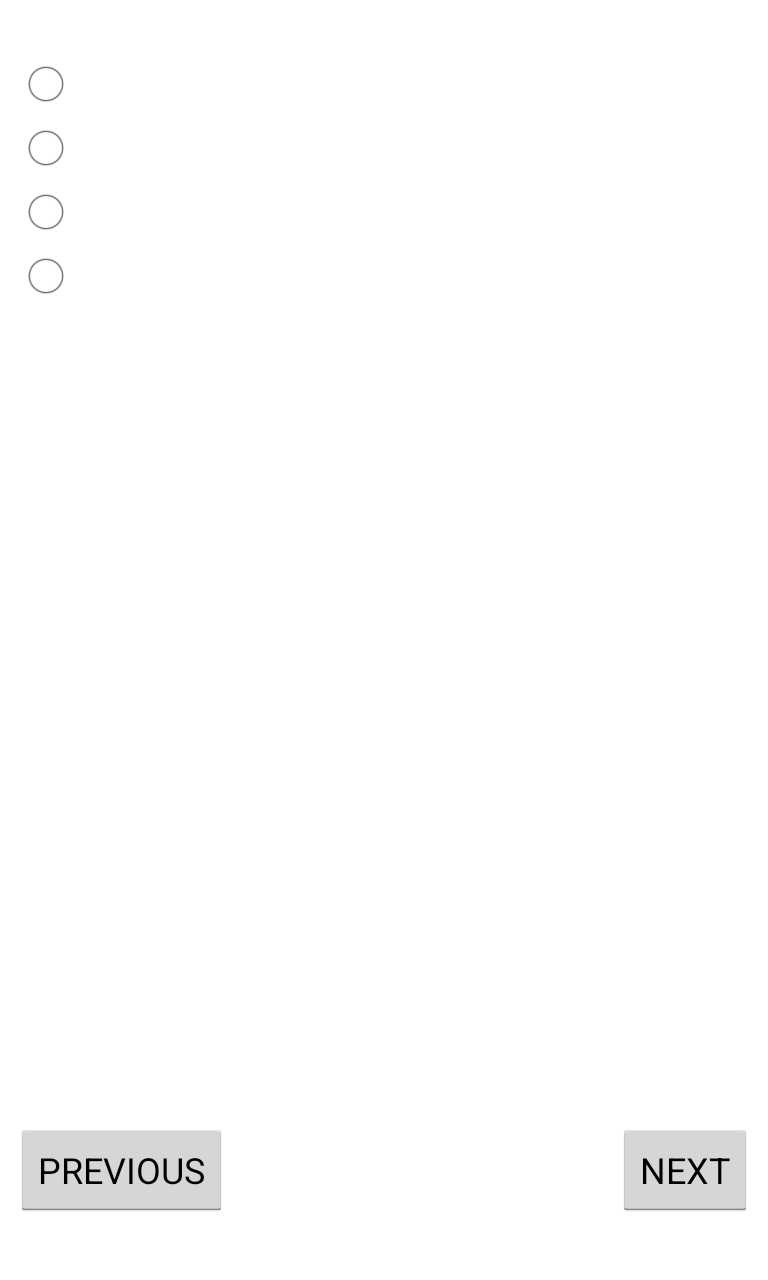
Repository: Harshil737/Career-Launcher
Layout: CareerLauncher/res/layout/fragment_test_page.xml
The author's editor kept a copy of each file at every save. The layout is drawn from the files as they stood at one save, then again after the next save.
It is drawn on a 768 x 1280 px phone screen (xhdpi) without system bars, with theme AppTheme; the app's code is not run.

Above is the layout before, as saved 2017-11-03 15:33:25.

### CareerLauncher/res/layout/fragment_test_page.xml
<RelativeLayout xmlns:android="http://schemas.android.com/apk/res/android"
    xmlns:tools="http://schemas.android.com/tools"
    android:layout_width="match_parent"
    android:layout_height="match_parent"
    android:paddingBottom="@dimen/activity_vertical_margin"
    android:paddingLeft="@dimen/activity_horizontal_margin"
    android:paddingRight="@dimen/activity_horizontal_margin"
    android:paddingTop="@dimen/activity_vertical_margin"
    tools:context=".TestPage" >

    <TextView
        android:id="@+id/test_page_tv_que"
        android:layout_width="match_parent"
        android:layout_height="wrap_content" />

    <RadioGroup
        android:id="@+id/test_page_rbGroup"
        android:layout_width="wrap_content"
        android:layout_height="wrap_content"
        android:layout_below="@id/test_page_tv_que" >

        <RadioButton
            android:id="@+id/test_page_rb_op1"
            android:layout_width="wrap_content"
            android:layout_height="wrap_content" />

        <RadioButton
            android:id="@+id/test_page_rb_op2"
            android:layout_width="wrap_content"
            android:layout_height="wrap_content" />

        <RadioButton
            android:id="@+id/test_page_rb_op3"
            android:layout_width="wrap_content"
            android:layout_height="wrap_content" />

        <RadioButton
            android:id="@+id/test_page_rb_op4"
            android:layout_width="wrap_content"
            android:layout_height="wrap_content" />
    </RadioGroup>

    <Button
        android:id="@+id/test_page_btn_next"
        android:layout_width="wrap_content"
        android:layout_height="wrap_content"
        android:layout_alignParentBottom="true"
        android:layout_alignParentLeft="true"
        android:layout_marginBottom="24dp"
        android:text="PREVIOUS" />

    <Button
        android:id="@+id/test_page_btn_next"
        android:layout_width="wrap_content"
        android:layout_height="wrap_content"
        android:layout_alignParentBottom="true"
        android:layout_alignParentRight="true"
        android:layout_marginBottom="24dp"
        android:text="NEXT" />

</RelativeLayout>

### CareerLauncher/res/values/styles.xml
<resources>

    <style name="AppBaseTheme" parent="android:Theme.Light"></style>

    <!-- Application theme. -->
    <style name="AppTheme" parent="AppBaseTheme"></style>

</resources>

Loaded but not shown: CareerLauncher/res/values-v11/styles.xml (common file); CareerLauncher/res/values-v14/styles.xml (common file); CareerLauncher/res/values/dimens.xml (common file)

After the next save:
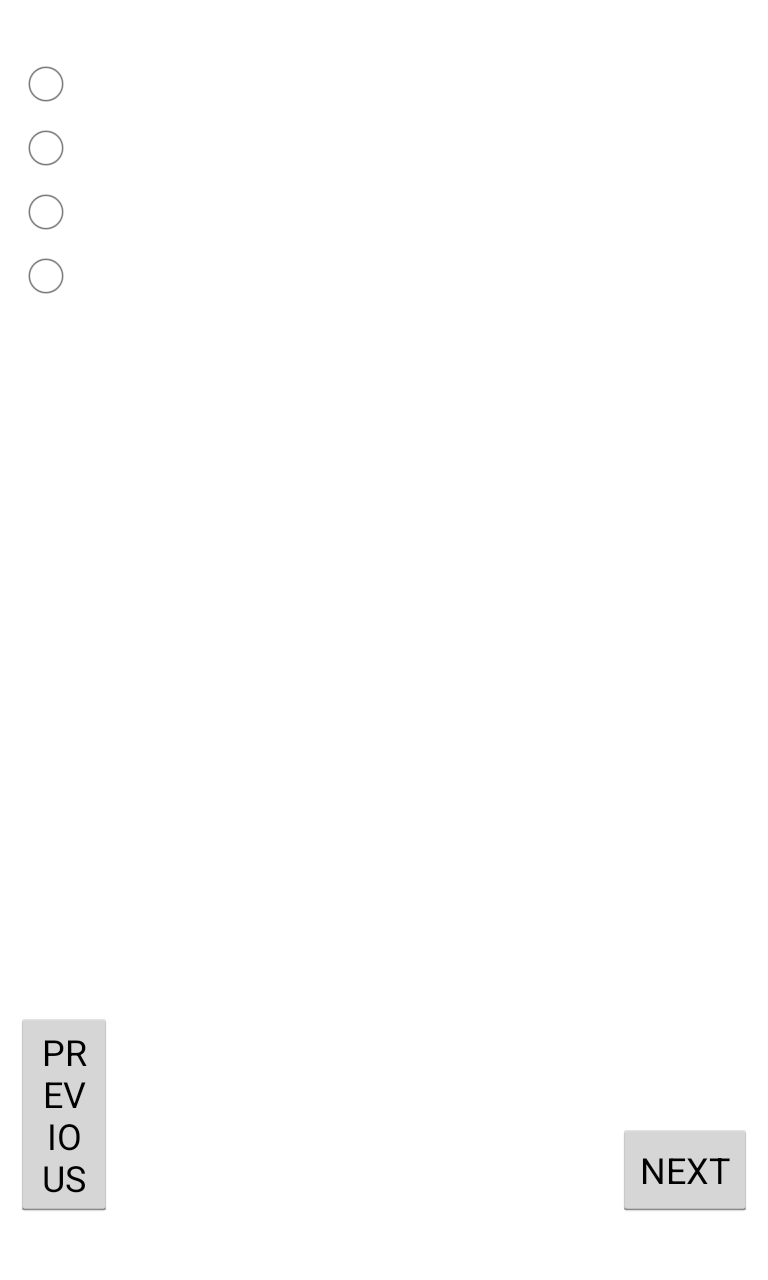
Saved 11 s later.
--- a/CareerLauncher/res/layout/fragment_test_page.xml
+++ b/CareerLauncher/res/layout/fragment_test_page.xml
@@ -42,7 +42,7 @@
 
     <Button
         android:id="@+id/test_page_btn_next"
-        android:layout_width="wrap_content"
+        android:layout_width="50dp"
         android:layout_height="wrap_content"
         android:layout_alignParentBottom="true"
         android:layout_alignParentLeft="true"
